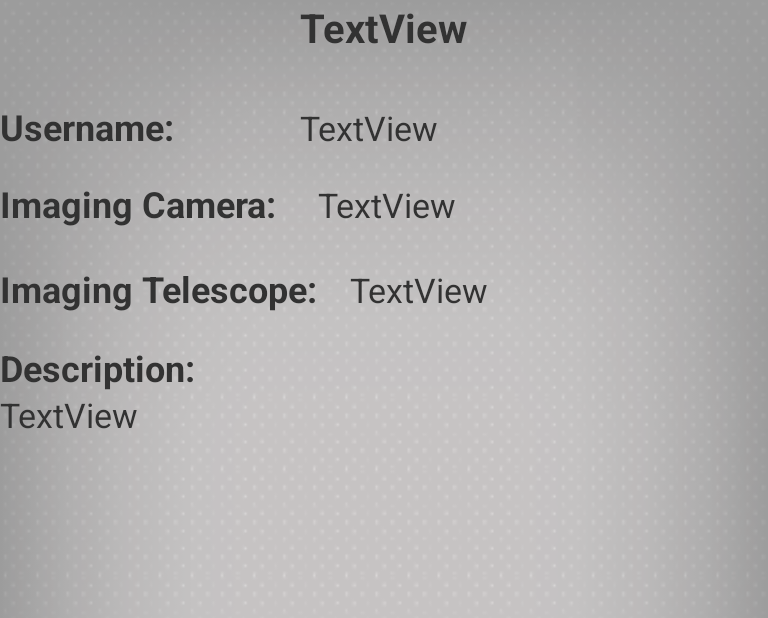
Repository: arianaantonio/APD2
Layout: AstroPix/res/layout/activity_detail.xml
These files come from the project's save history. The layout is drawn as it stood at one moment and after the next save; the edit follows.
The pictures show rows 0 to 618 of an output 1280 px tall.
Pictures or frames that could not be fetched are drawn as grey boxes. It is drawn on a 768 x 1280 px phone screen (xhdpi) without system bars, with theme AppTheme; the app's code is not run.

Above is the layout before, as saved 2014-09-10 08:19:24.

### AstroPix/res/layout/activity_detail.xml
<?xml version="1.0" encoding="utf-8"?>
<RelativeLayout xmlns:android="http://schemas.android.com/apk/res/android"
    android:layout_width="match_parent"
    android:layout_height="match_parent"
    android:orientation="vertical"
    android:background="@drawable/background" >

    <TextView
        android:id="@+id/textView1"
        android:layout_width="wrap_content"
        android:layout_height="wrap_content"
        android:layout_alignParentTop="true"
        android:layout_centerHorizontal="true"
        android:text="TextView"
        android:textSize="20sp"
        android:textStyle="bold" />

    <TextView
        android:id="@+id/textView3"
        android:layout_width="wrap_content"
        android:layout_height="wrap_content"
        android:layout_alignBaseline="@+id/textView2"
        android:layout_alignBottom="@+id/textView2"
        android:layout_alignLeft="@+id/textView1"
        android:layout_alignParentRight="true"
        android:text="TextView"
        android:textSize="17sp" />

    <TextView
        android:id="@+id/textView7"
        android:layout_width="wrap_content"
        android:layout_height="wrap_content"
        android:layout_above="@+id/textView5"
        android:layout_alignParentRight="true"
        android:layout_toRightOf="@+id/textView5"
        android:text="TextView"
        android:textSize="17sp" />

    <TextView
        android:id="@+id/textView8"
        android:layout_width="wrap_content"
        android:layout_height="wrap_content"
        android:layout_above="@+id/textView6"
        android:layout_alignLeft="@+id/textView7"
        android:layout_alignParentRight="true"
        android:layout_marginLeft="16dp"
        android:text="TextView"
        android:textSize="17sp" />

    <TextView
        android:id="@+id/textView9"
        android:layout_width="wrap_content"
        android:layout_height="wrap_content"
        android:layout_alignParentLeft="true"
        android:layout_alignParentRight="true"
        android:layout_below="@+id/textView6"
        android:lines="5"
        android:text="TextView"
        android:textSize="17sp" />

    <TextView
        android:id="@+id/textView5"
        android:layout_width="wrap_content"
        android:layout_height="wrap_content"
        android:layout_alignParentLeft="true"
        android:layout_below="@+id/textView4"
        android:layout_marginTop="18dp"
        android:text="@string/telescope"
        android:textSize="18sp"
        android:textStyle="bold" />

    <TextView
        android:id="@+id/textView6"
        android:layout_width="wrap_content"
        android:layout_height="wrap_content"
        android:layout_alignParentLeft="true"
        android:layout_below="@+id/textView5"
        android:layout_marginTop="15dp"
        android:text="@string/description"
        android:textSize="18sp"
        android:textStyle="bold" />

    <TextView
        android:id="@+id/textView4"
        android:layout_width="wrap_content"
        android:layout_height="wrap_content"
        android:layout_alignParentLeft="true"
        android:layout_below="@+id/textView2"
        android:layout_marginTop="14dp"
        android:text="@string/camera"
        android:textSize="18sp"
        android:textStyle="bold" />

    <TextView
        android:id="@+id/textView2"
        android:layout_width="wrap_content"
        android:layout_height="wrap_content"
        android:layout_alignParentLeft="true"
        android:layout_below="@+id/textView1"
        android:layout_marginTop="24dp"
        android:text="@string/username"
        android:textSize="18sp"
        android:textStyle="bold" />

    <com.loopj.android.image.SmartImageView
       android:id="@+id/runner_up"
       android:layout_width="match_parent"
       android:layout_height="160dp"
       android:layout_below="@+id/textView9"
       android:layout_marginTop="10dp"
       android:layout_marginLeft="10dp"
       android:layout_marginRight="10dp"
       android:visibility="visible" />

</RelativeLayout>

### AstroPix/res/values/strings.xml
<?xml version="1.0" encoding="utf-8"?>
<resources>

    <string name="app_name">AstroPix</string>
    <string name="title_section1">Section 1</string>
    <string name="title_section2">Section 2</string>
    <string name="title_section3">Section 3</string>
    <string name="navigation_drawer_open">Open navigation drawer</string>
    <string name="navigation_drawer_close">Close navigation drawer</string>
    <string name="action_example">Example action</string>
    <string name="action_settings">Settings</string>
    <string name="splash">Splash Screen Image</string>
    <color name="Black">#000000</color>
    <string name="imageOfTheDay">Image Of The Day</string>
    <string name="runnerUp">Runner Up</string>
    <string name="description">Description:</string>
    <string name="username">Username:</string>
    <string name="camera">Imaging Camera:</string>
    <string name="telescope">Imaging Telescope:</string>
    <string name="about">About</string>
    <string name="favorite">Favorite</string>
    <string name="share">Share</string>

</resources>

Loaded but not shown: AstroPix/res/values/styles.xml (common file); AstroPix/res/values-v11/styles.xml (common file); AstroPix/res/values-v14/styles.xml (common file)

After the next save:
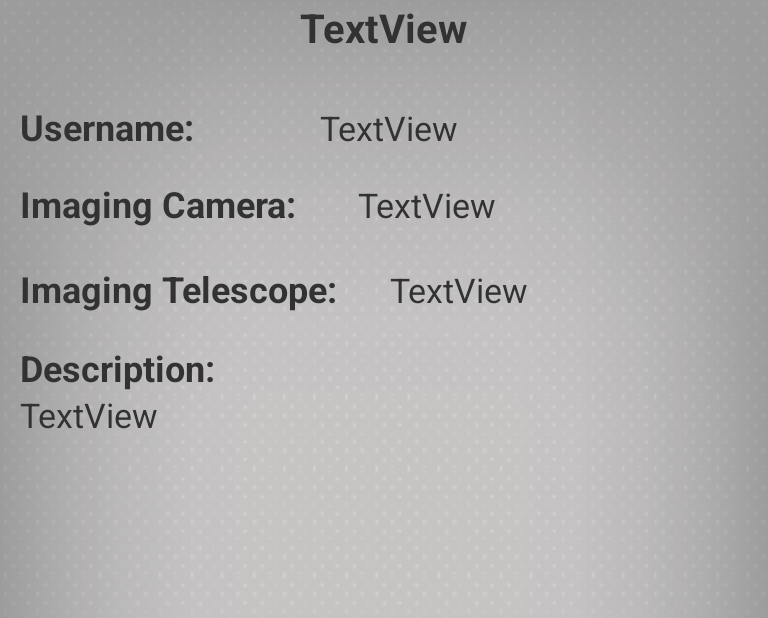
Saved 87 s later.
--- a/AstroPix/res/layout/activity_detail.xml
+++ b/AstroPix/res/layout/activity_detail.xml
@@ -19,6 +19,7 @@
         android:id="@+id/textView3"
         android:layout_width="wrap_content"
         android:layout_height="wrap_content"
+        android:layout_marginLeft="10dp"
         android:layout_alignBaseline="@+id/textView2"
         android:layout_alignBottom="@+id/textView2"
         android:layout_alignLeft="@+id/textView1"
@@ -32,6 +33,7 @@
         android:layout_height="wrap_content"
         android:layout_above="@+id/textView5"
         android:layout_alignParentRight="true"
+        android:layout_marginLeft="10dp"
         android:layout_toRightOf="@+id/textView5"
         android:text="TextView"
         android:textSize="17sp" />
@@ -42,6 +44,7 @@
         android:layout_height="wrap_content"
         android:layout_above="@+id/textView6"
         android:layout_alignLeft="@+id/textView7"
+        android:layout_marginLeft="10dp"
         android:layout_alignParentRight="true"
         android:layout_marginLeft="16dp"
         android:text="TextView"
@@ -54,6 +57,7 @@
         android:layout_alignParentLeft="true"
         android:layout_alignParentRight="true"
         android:layout_below="@+id/textView6"
+        android:layout_marginLeft="10dp"
         android:lines="5"
         android:text="TextView"
         android:textSize="17sp" />
@@ -66,6 +70,7 @@
         android:layout_below="@+id/textView4"
         android:layout_marginTop="18dp"
         android:text="@string/telescope"
+        android:layout_marginLeft="10dp"
         android:textSize="18sp"
         android:textStyle="bold" />
 
@@ -77,6 +82,7 @@
         android:layout_below="@+id/textView5"
         android:layout_marginTop="15dp"
         android:text="@string/description"
+        android:layout_marginLeft="10dp"
         android:textSize="18sp"
         android:textStyle="bold" />
 
@@ -88,6 +94,7 @@
         android:layout_below="@+id/textView2"
         android:layout_marginTop="14dp"
         android:text="@string/camera"
+        android:layout_marginLeft="10dp"
         android:textSize="18sp"
         android:textStyle="bold" />
 
@@ -99,6 +106,7 @@
         android:layout_below="@+id/textView1"
         android:layout_marginTop="24dp"
         android:text="@string/username"
+        android:layout_marginLeft="10dp"
         android:textSize="18sp"
         android:textStyle="bold" />
 
